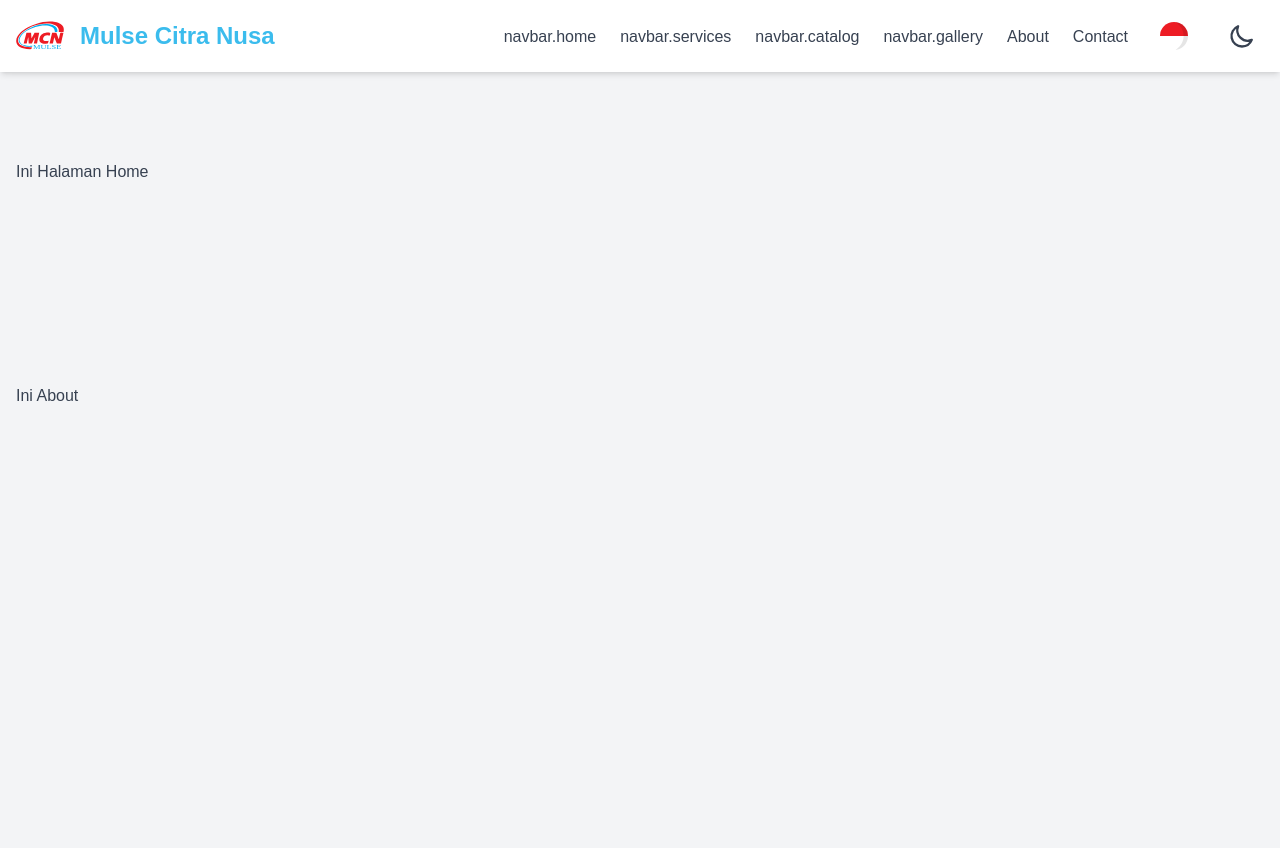
Repository: PrasBaldin/next-mulse
Page: /
These files come from the project's save history. The page is drawn as it stood at one moment and after the next save; the edit follows.
The browser window is 1280 px wide. The pictures show the whole page.
The project was rebuilt for these pictures with package versions that can differ from the ones it lists, and the page was loaded fresh each time. The framework's server and built-in components were replaced by stand-ins that run in the browser. Also part of the build but not shown: next.config.ts.

Above is the page before, as saved 2025-02-19 19:32:31.

### app/layout.tsx
import type { Metadata } from "next";
import { Geist, Geist_Mono } from "next/font/google";
import "./globals.css";

const geistSans = Geist({
  variable: "--font-geist-sans",
  subsets: ["latin"],
});

const geistMono = Geist_Mono({
  variable: "--font-geist-mono",
  subsets: ["latin"],
});

export const metadata: Metadata = {
  title: "Mulse",
  description: "Selamat datang di PT. Mulse Citra Nusa, kami menyediakan barang dan jasa sesuai kebutuhan Anda.",
};

export default function RootLayout({
  children,
}: Readonly<{
  children: React.ReactNode;
}>) {
  return (
    <html lang="en">
      <body
        className={`${geistSans.variable} ${geistMono.variable} antialiased`}
      >
        {children}
      </body>
    </html>
  );
}

### app/page.tsx
import Navbar from "./components/navbar";
import About from "./pages/about/page";


export default function Home() {
  return (
    <>
      <Navbar />
      <section className="bg-gray-100 dark:bg-gray-700 text-gray-700 dark:text-gray-100 transition duration-500 ease-in-out py-5">
        <div className="container">
          <div className="py-5">
            <div className="py-10">
              <div className="py-10">
                <div className="py-10">
                  <h1>Ini Halaman Home</h1>
                </div>
              </div>
            </div>
          </div>
        </div>
      </section>
      <About />
    </>
  );
}

### app/globals.css
@tailwind base;
@tailwind components;
@tailwind utilities;

:root {
  --background: #ffffff;
  --foreground: #171717;
}

@media (prefers-color-scheme: dark) {
  :root {
    --background: #0a0a0a;
    --foreground: #ededed;
  }
}

body {
  font-family: Arial, Helvetica, sans-serif;
}

.container {
  @apply mx-auto px-4
}

.btn {
  @apply p-2 rounded-lg hover:bg-gray-100 dark:hover:bg-gray-700 transition duration-500 ease-in-out
}

### app/components/navbar.tsx
"use client";

import { useState, useEffect } from "react";
import { useTranslation } from "react-i18next";
import Link from "next/link";
import Image from 'next/image';

import MulseSVG from "../assets/img/mulse.svg";
import "./navbar.css";

import IconDarkMode from "../assets/icon/iconDarkmode";
import IconLightMode from "../assets/icon/iconLightmode";
import IconEN from "../assets/icon/iconEN";
import IconID from "../assets/icon/iconID";

const Navbar = () => {
    const [isOpen, setIsOpen] = useState(false);
    const [isDropdownOpen, setIsDropdownOpen] = useState(false);
    const { t, i18n } = useTranslation();
    const isEnglish = i18n.language === "en";
    const [isDarkMode, setIsDarkMode] = useState(() => {
        // Cek localStorage untuk tema
        if (typeof window !== 'undefined') {
            return localStorage.getItem('theme') === 'dark';
        }
        return false;
    });

    const toggleLanguage = () => {
        i18n.changeLanguage(isEnglish ? "id" : "en");
    };

    useEffect(() => {
        if (isDarkMode) {
            document.documentElement.classList.add('dark');
            localStorage.setItem('theme', 'dark');
        } else {
            document.documentElement.classList.remove('dark');
            localStorage.setItem('theme', 'light');
        }
    }, [isDarkMode]);

    return (
        <>
            <nav className="navbar">
                <div className="container">
                    <div className="flex justify-between items-center py-3">
                        <Link href="/" className="text-2xl font-bold text-[#3bbced] dark:text-gray-100 flex items-center">
                            <Image src={MulseSVG} alt="img" className="w-12 mr-4" />Mulse Citra Nusa
                        </Link>

                        <div className="hidden lg:flex space-x-6 items-center">
                            <Link href="/" className="nav-link">
                                {t("navbar.home")}
                            </Link>

                            <div className="relative group" onMouseEnter={() => setIsDropdownOpen(true)} onMouseLeave={() => setIsDropdownOpen(false)} >
                                <button className="nav-link flex items-center">
                                    {t("navbar.services")}
                                </button>
                                <div className={`bg-white dark:bg-gray-800 absolute top-8 -left-2 w-56 pt-2 p-3 border-2 border-blue-500 shadow-xl rounded-lg overflow-visible transition-all duration-300 ${isDropdownOpen ? "opacity-100 visible scale-100" : "opacity-0 invisible scale-95"}`} >
                                    <Link href="/pengadaan-barang" className="nav-link-dropdown" >
                                        {t("navbar.service.procurement")}
                                    </Link>
                                    <Link href="/jasa-konstruksi" className="nav-link-dropdown" >
                                        {t("navbar.service.construction")}
                                    </Link>
                                </div>
                            </div>
                            <Link href="https://katalog.mulse.id" target="blank" className="nav-link">
                                {t("navbar.catalog")}
                            </Link>
                            <Link href="/gallery" className="nav-link">
                                {t("navbar.gallery")}
                            </Link>
                            <Link href="/about" className="nav-link">
                                About
                            </Link>
                            <Link href="/contact" className="nav-link">
                                Contact
                            </Link>
                            <button onClick={() => setIsEnglish(!isEnglish)} className="btn w-11 h-11 relative overflow-hidden">
                                <div className={`toggle-change-lang ${isEnglish ? 'opacity-100 scale-1' : 'opacity-0 scale-0'}`} >
                                    <IconEN />
                                </div>
                                <div className={`toggle-change-lang ${isEnglish ? 'opacity-0 scale-0' : 'opacity-100 scale-1'}`} >
                                    <IconID />
                                </div>
                            </button>
                            <button onClick={() => setIsDarkMode(!isDarkMode)} className="btn w-11 h-11 relative overflow-hidden">
                                <div className={`toggle-dark-mode ${isDarkMode ? 'opacity-100 rotate-0' : 'opacity-0 rotate-90'}`} >
                                    <IconLightMode />
                                </div>
                                <div className={`toggle-dark-mode ${isDarkMode ? 'opacity-0 -rotate-90' : 'opacity-100 rotate-0'}`} >
                                    <IconDarkMode />
                                </div>
                            </button>
                        </div>

                        <button className="lg:hidden relative w-8 h-8" onClick={() => setIsOpen(!isOpen)}>
                            <div className={`hamburger ${isOpen ? "rotate-45 top-1/2 transform -translate-y-1/2" : "top-2"}`} ></div>
                            <div className={`hamburger ${isOpen ? "opacity-0" : "top-1/2 transform -translate-y-1/2"}`} ></div>
                            <div className={`hamburger ${isOpen ? "-rotate-45 bottom-1/2 transform translate-y-1/2" : "bottom-2"}`} ></div>
                        </button>
                    </div>
                </div>
            </nav >

            {/* Overlay Sidebar */}
            <div className={`lg:hidden fixed top-16 left-0 w-full h-full bg-black/50 backdrop-blur-sm transition-opacity duration-300 ${isOpen ? "opacity-100 visible" : "opacity-0 invisible"}`
            } onClick={() => setIsOpen(false)}></div>

            {/* Sidebar Menu */}
            < div className={`bg-white dark:bg-gray-800 lg:hidden fixed top-16 right-0 w-64 h-full shadow-lg transform transition-transform duration-300 ${isOpen ? "translate-x-0" : "translate-x-full"}`}  >
                <div className="p-6 flex flex-col space-y-4">
                    <Link href="/" className="nav-link-mobile" onClick={() => setIsOpen(false)}>
                        Home
                    </Link>

                    <div>
                        <button className="nav-link-mobile flex items-center w-full" onClick={() => setIsDropdownOpen(!isDropdownOpen)} >
                            Services
                            <span className={`dropdown-arrow ${isDropdownOpen ? "rotate-45 absolute right-9 mb-2" : "-rotate-45 absolute right-9"}`} ></span>
                        </button>
                        <div className={`bg-white dark:bg-gray-800 ml-4 space-y-2 rounded-lg overflow-hidden transition-all duration-300 ease-in-out ${isDropdownOpen ? "max-h-[500px] opacity-100 p-2 mt-2" : "max-h-0 opacity-0 p-0 mt-0"}`} >
                            <Link href="/pengadaan-barang" className="nav-link-mobile block" onClick={() => setIsOpen(false)} >
                                Pengadaan Barang
                            </Link>
                            <Link href="/jasa-konstruksi" className="nav-link-mobile block" onClick={() => setIsOpen(false)} >
                                Jasa Konstruksi
                            </Link>
                        </div>
                    </div>
                    <Link href="https://katalog.mulse.id" className="nav-link-mobile" onClick={() => setIsOpen(false)}>
                        Catalog
                    </Link>
                    <Link href="/gallery" className="nav-link-mobile" onClick={() => setIsOpen(false)}>
                        Gallery
                    </Link>
                    <Link href="/about" className="nav-link-mobile" onClick={() => setIsOpen(false)}>
                        About
                    </Link>
                    <Link href="/contact" className="nav-link-mobile" onClick={() => setIsOpen(false)}>
                        Contact
                    </Link>
                    <button onClick={() => setIsEnglish(!isEnglish)} className="btn flex items-center gap-2" >
                        <span className="font-medium text-gray-700 dark:text-gray-300">
                            {isEnglish ? <IconEN /> : <IconID />}
                        </span>
                        <span className="text-gray-700 dark:text-gray-300">
                            {isEnglish ? 'Change language' : 'Ubah bahasa'}
                        </span>
                    </button>
                    <button onClick={() => setIsDarkMode(!isDarkMode)} className="btn flex items-center">
                        {isDarkMode ? (
                            <>
                                <div className={`toggle-dark-mode-mobile gap-2 ${isDarkMode ? 'opacity-100 rotate-0' : 'opacity-0 rotate-90'}`} >
                                    <IconLightMode />
                                    <span className="text-gray-700 dark:text-gray-300">Light Mode</span>
                                </div>
                            </>
                        ) : (
                            <>
                                <div className={`toggle-dark-mode-mobile gap-2 ${isDarkMode ? 'opacity-0 -rotate-90' : 'opacity-100 rotate-0'}`} >
                                    <IconDarkMode />
                                    <span className="text-gray-700 dark:text-gray-300">Dark Mode</span>
                                </div>
                            </>
                        )}
                    </button>
                </div>
            </div >
        </>
    );
};

export default Navbar;

### app/pages/about/page.tsx
import React from 'react'

const About = () => {
    return (
        <section className="bg-gray-100 dark:bg-gray-700 transition duration-500 ease-in-out">
            <div className="container">
                <div className="py-10">
                    <div className="text-gray-700 dark:text-gray-100 transition duration-500 ease-in-out">Ini About</div>
                </div>
                <div className="py-10"></div>
                <div className="py-10"></div>
                <div className="py-10"></div>
                <div className="py-10"></div>
                <div className="py-10"></div>
            </div>
        </section>
    )
}

export default About

### app/components/navbar.css
.navbar {
    @apply bg-white dark:bg-gray-800 transition duration-500 ease-in-out shadow-md fixed w-full z-50
}

.nav-link {
    @apply text-gray-700 hover:text-blue-500 dark:hover:text-blue-500 dark:text-gray-100 pt-2 pb-1 transition duration-500 ease-in-out border-b-2 border-transparent hover:border-blue-500 flex items-center
}

.nav-link-dropdown {
    @apply text-gray-700 hover:text-blue-500 dark:hover:text-blue-500 dark:text-gray-100 pt-2 pb-1 transition duration-500 ease-in-out hover:bg-gray-100 dark:hover:bg-gray-700 rounded border-b border-gray-200 hover:border-blue-500 block mt-2 px-2
}

.nav-link-mobile {
    @apply hover:bg-gray-100 dark:hover:bg-gray-700 text-gray-700 hover:text-blue-500 dark:hover:text-blue-500 dark:text-gray-100 py-2 pl-2 border-b border-gray-200 hover:border-blue-500 rounded transition
}

.hamburger {
    @apply absolute w-6 h-[3px] bg-gray-800 dark:bg-gray-100 rounded transition duration-500 ease-in-out
}

.dropdown-arrow {
    @apply border-b-2 border-r-2 border-gray-700 dark:border-gray-100 ml-2 w-3 h-3 transition duration-500 ease-in-out
}

.toggle-change-lang {
    @apply absolute top-0 bottom-0 left-0 right-0 flex items-center justify-center transition-all duration-500 transform
}

.toggle-dark-mode {
    @apply absolute top-0 bottom-0 left-0 right-0 flex items-center justify-center transition-all duration-500 transform
}

.toggle-dark-mode-mobile {
    @apply flex items-center justify-center transition-all duration-500 transform
}

.nav-link-mobile:hover .dropdown-arrow {
    @apply border-blue-500
}

### app/assets/icon/iconDarkmode.tsx
import React from 'react'

const IconDarkmode = () => {
    return (
        <svg xmlns="http://www.w3.org/2000/svg" className="h-7 w-7 text-gray-700 dark:text-gray-100" fill="none" viewBox="0 0 24 24" stroke="currentColor">
            <path strokeLinecap="round" strokeLinejoin="round" strokeWidth={2} d="M20.354 15.354A9 9 0 018.646 3.646 9.003 9.003 0 0012 21a9.003 9.003 0 008.354-5.646z" />
        </svg>
    )
}

export default IconDarkmode

### app/assets/icon/iconLightmode.tsx
import React from 'react'

const IconLightMode = () => {
    return (
        <svg xmlns="http://www.w3.org/2000/svg" className="h-7 w-7 text-gray-100" fill="none" viewBox="0 0 24 24" stroke="currentColor">
            <path strokeLinecap="round" strokeLinejoin="round" strokeWidth="2" d="M12 3v1m0 16v1m9-9h-1M4 12H3m15.364 6.364l-.707-.707M6.343 6.343l-.707-.707m12.728 0l-.707.707M6.343 17.657l-.707.707" />
            <circle cx="12" cy="12" r="3" stroke="currentColor" strokeWidth="2" fill="none" />
        </svg>
    )
}

export default IconLightMode

### app/assets/icon/iconEN.tsx
import React from 'react';

const iconEN = () => {
	return (
		<svg className="w-7 h-7 rounded-full" version="1.1" id="Layer_1" xmlns="http://www.w3.org/2000/svg" xmlnsXlink="http://www.w3.org/1999/xlink" x="0px" y="0px"
			width="150px" height="150px" viewBox="0 0 150 150" enableBackground="new 0 0 150 150" xmlSpace="preserve">
			<g>
				<rect x="-1" y="-0.881" fill="#FFFFFF" width="151.999" height="152" />
				<rect x="-1" y="139.226" fill="#B22436" width="151.999" height="11.655" />
				<rect x="-1" y="115.914" fill="#B22436" width="151.999" height="11.655" />
				<rect x="-1" y="92.603" fill="#B22436" width="151.999" height="11.655" />
				<rect x="75" y="69.291" fill="#B22436" width="75.999" height="11.655" />
				<rect x="75" y="45.979" fill="#B22436" width="75.999" height="11.655" />
				<rect x="75" y="22.668" fill="#B22436" width="75.999" height="11.655" />
				<rect x="75" y="-1.119" fill="#B22436" width="75.999" height="12.131" />
				<path fill="#3D3B6F" d="M-1-0.882v13.779l0.42-1.21l1.11,3.19l3.37,0.07l-2.69,2.04l0.98,3.229l-2.77-1.93L-1,18.578v10.54
		l0.42-1.21l1.11,3.189l3.37,0.07l-2.69,2.04l0.98,3.229l-2.77-1.93L-1,34.798v10.54l0.42-1.21l1.11,3.19l3.37,0.069l-2.69,2.04
		l0.98,3.23l-2.77-1.931L-1,51.018v10.84l0.42-1.199l1.11,3.18l3.37,0.07l-2.69,2.04l0.98,3.229l-2.77-1.93L-1,67.538v13.649h77.44
		V-0.882H-1z M12.07,77.488L9.3,75.558l-2.77,1.931l0.98-3.23l-2.69-2.04l3.37-0.07l1.11-3.18l1.11,3.18l3.37,0.07l-2.69,2.04
		L12.07,77.488z M11.09,57.838l0.98,3.23L9.3,59.147l-2.77,1.921l0.98-3.23l-2.69-2.04l3.37-0.06l1.11-3.19l1.11,3.19l3.37,0.06
		L11.09,57.838z M11.09,41.428l0.98,3.23L9.3,42.728l-2.77,1.931l0.98-3.23l-2.69-2.04l3.37-0.069l1.11-3.19l1.11,3.19l3.37,0.069
		L11.09,41.428z M11.09,25.008l0.98,3.23L9.3,26.308l-2.77,1.931l0.98-3.23l-2.69-2.04l3.37-0.07l1.11-3.18l1.11,3.18l3.37,0.07
		L11.09,25.008z M11.09,8.588l0.98,3.24L9.3,9.897l-2.77,1.931l0.98-3.24l-2.69-2.03l3.37-0.069l1.11-3.19l1.11,3.19l3.37,0.069
		L11.09,8.588z M21.34,69.178l-2.77-1.93l-2.77,1.93l0.98-3.229l-2.69-2.04l3.37-0.07l1.11-3.18l1.11,3.18l3.37,0.07l-2.69,2.04
		L21.34,69.178z M20.36,49.428l0.98,3.23l-2.77-1.931l-2.77,1.931l0.98-3.23l-2.69-2.04l3.37-0.069l1.11-3.19l1.11,3.19l3.37,0.069
		L20.36,49.428z M20.36,33.208l0.98,3.229l-2.77-1.93l-2.77,1.93l0.98-3.229l-2.69-2.04l3.37-0.07l1.11-3.189l1.11,3.189l3.37,0.07
		L20.36,33.208z M20.36,16.988l0.98,3.229l-2.77-1.93l-2.77,1.93l0.98-3.229l-2.69-2.04l3.37-0.07l1.11-3.19l1.11,3.19l3.37,0.07
		L20.36,16.988z M31.22,77.488l-2.77-1.931l-2.77,1.931l0.98-3.23l-2.69-2.04l3.37-0.07l1.11-3.18l1.11,3.18l3.37,0.07l-2.69,2.04
		L31.22,77.488z M30.24,57.838l0.98,3.23l-2.77-1.921l-2.77,1.921l0.98-3.23l-2.69-2.04l3.37-0.06l1.11-3.19l1.11,3.19l3.37,0.06
		L30.24,57.838z M30.24,41.428l0.98,3.23l-2.77-1.931l-2.77,1.931l0.98-3.23l-2.69-2.04l3.37-0.069l1.11-3.19l1.11,3.19l3.37,0.069
		L30.24,41.428z M30.24,25.008l0.98,3.23l-2.77-1.931l-2.77,1.931l0.98-3.23l-2.69-2.04l3.37-0.07l1.11-3.18l1.11,3.18l3.37,0.07
		L30.24,25.008z M30.24,8.588l0.98,3.24l-2.77-1.931l-2.77,1.931l0.98-3.24l-2.69-2.03l3.37-0.069l1.11-3.19l1.11,3.19l3.37,0.069
		L30.24,8.588z M40.49,69.178l-2.77-1.93l-2.77,1.93l0.98-3.229l-2.69-2.04l3.37-0.07l1.11-3.18l1.11,3.18l3.37,0.07l-2.69,2.04
		L40.49,69.178z M39.51,49.428l0.98,3.23l-2.77-1.931l-2.77,1.931l0.98-3.23l-2.69-2.04l3.37-0.069l1.11-3.19l1.11,3.19l3.37,0.069
		L39.51,49.428z M39.51,33.208l0.98,3.229l-2.77-1.93l-2.77,1.93l0.98-3.229l-2.69-2.04l3.37-0.07l1.11-3.189l1.11,3.189l3.37,0.07
		L39.51,33.208z M39.51,16.988l0.98,3.229l-2.77-1.93l-2.77,1.93l0.98-3.229l-2.69-2.04l3.37-0.07l1.11-3.19l1.11,3.19l3.37,0.07
		L39.51,16.988z M50.37,77.488l-2.77-1.931l-2.77,1.931l0.98-3.23l-2.69-2.04l3.37-0.07l1.11-3.18l1.11,3.18l3.37,0.07l-2.68,2.04
		L50.37,77.488z M49.4,57.838l0.97,3.23l-2.77-1.921l-2.77,1.921l0.98-3.23l-2.69-2.04l3.37-0.06l1.11-3.19l1.11,3.19l3.37,0.06
		L49.4,57.838z M49.4,41.428l0.97,3.23l-2.77-1.931l-2.77,1.931l0.98-3.23l-2.69-2.04l3.37-0.069l1.11-3.19l1.11,3.19l3.37,0.069
		L49.4,41.428z M49.4,25.008l0.97,3.23l-2.77-1.931l-2.77,1.931l0.98-3.23l-2.69-2.04l3.37-0.07l1.11-3.18l1.11,3.18l3.37,0.07
		L49.4,25.008z M49.4,8.588l0.97,3.24L47.6,9.897l-2.77,1.931l0.98-3.24l-2.69-2.03l3.37-0.069l1.11-3.19l1.11,3.19l3.37,0.069
		L49.4,8.588z M59.64,69.178l-2.77-1.93l-2.76,1.93l0.97-3.229l-2.69-2.04l3.38-0.07l1.1-3.18l1.11,3.18l3.38,0.07l-2.69,2.04
		L59.64,69.178z M58.67,49.428l0.97,3.23l-2.77-1.931l-2.76,1.931l0.97-3.23l-2.69-2.04l3.38-0.069l1.1-3.19l1.11,3.19l3.38,0.069
		L58.67,49.428z M58.67,33.208l0.97,3.229l-2.77-1.93l-2.76,1.93l0.97-3.229l-2.69-2.04l3.38-0.07l1.1-3.189l1.11,3.189l3.38,0.07
		L58.67,33.208z M58.67,16.988l0.97,3.229l-2.77-1.93l-2.76,1.93l0.97-3.229l-2.69-2.04l3.38-0.07l1.1-3.19l1.11,3.19l3.38,0.07
		L58.67,16.988z M69.52,77.488l-2.77-1.931l-2.76,1.931l0.97-3.23l-2.69-2.04l3.38-0.07l1.1-3.18l1.11,3.18l3.38,0.07l-2.69,2.04
		L69.52,77.488z M68.55,57.838l0.97,3.23l-2.77-1.921l-2.76,1.921l0.97-3.23l-2.69-2.04l3.38-0.06l1.1-3.19l1.11,3.19l3.38,0.06
		L68.55,57.838z M68.55,41.428l0.97,3.23l-2.77-1.931l-2.76,1.931l0.97-3.23l-2.69-2.04l3.38-0.069l1.1-3.19l1.11,3.19l3.38,0.069
		L68.55,41.428z M68.55,25.008l0.97,3.23l-2.77-1.931l-2.76,1.931l0.97-3.23l-2.69-2.04l3.38-0.07l1.1-3.18l1.11,3.18l3.38,0.07
		L68.55,25.008z M68.55,8.588l0.97,3.24l-2.77-1.931l-2.76,1.931l0.97-3.24l-2.69-2.03l3.38-0.069l1.1-3.19l1.11,3.19l3.38,0.069
		L68.55,8.588z"/>
			</g>
			<path opacity="0.1" d="M150.999,160h-85c0,0,60.501-26.039,60.501-85c0-58.793-60.501-84.999-60.501-84.999h85V160z" />
		</svg>
	)
}

export default iconEN

### app/assets/icon/iconID.tsx
import React from 'react'

const iconID = () => {
    return (
        <svg className="w-7 h-7 rounded-full" version="1.1" id="Layer_1" xmlns="http://www.w3.org/2000/svg" xmlnsXlink="http://www.w3.org/1999/xlink" x="0px" y="0px"
            width="150px" height="150px" viewBox="0 0 150 150" enableBackground="new 0 0 150 150" xmlSpace="preserve">
            <rect x="-1" y="-0.999" fill="#ED1C24" width="152" height="75.999" />
            <rect x="-1" y="75" fill="#FFFFFF" width="152" height="76" />
            <path opacity="0.1" d="M151,160H66c0,0,60.501-26.039,60.501-85C126.501,16.207,66-9.999,66-9.999h85V160z" />
        </svg>
    )
}

export default iconID

### tailwind.config.ts
import type { Config } from "tailwindcss";

export default {
  darkMode: 'class',
  content: [
    "./pages/**/*.{js,ts,jsx,tsx,mdx}",
    "./components/**/*.{js,ts,jsx,tsx,mdx}",
    "./app/**/*.{js,ts,jsx,tsx,mdx}",
  ],
  theme: {
    extend: {
      width: {
        '11': '2.75rem',
      },
      height: {
        '11': '2.75rem',
      },
      colors: {
        background: "var(--background)",
        foreground: "var(--foreground)",
      },
    },
  },
  plugins: [],
} satisfies Config;

After the next save:
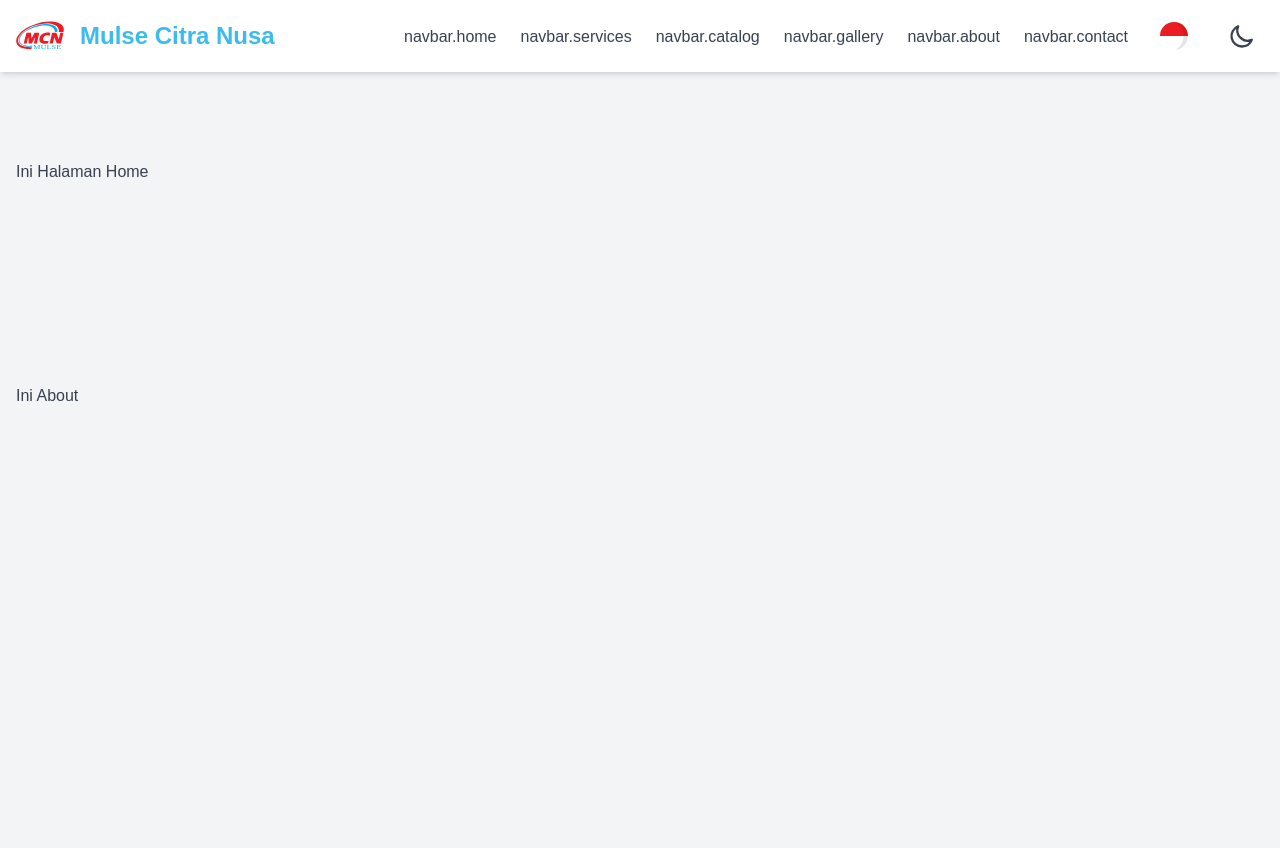
Saved 10 s later.
--- a/app/components/navbar.tsx
+++ b/app/components/navbar.tsx
@@ -74,10 +74,10 @@ const Navbar = () => {
                                 {t("navbar.gallery")}
                             </Link>
                             <Link href="/about" className="nav-link">
-                                About
+                                {t("navbar.about")}
                             </Link>
                             <Link href="/contact" className="nav-link">
-                                Contact
+                                {t("navbar.contact")}
                             </Link>
                             <button onClick={() => setIsEnglish(!isEnglish)} className="btn w-11 h-11 relative overflow-hidden">
                                 <div className={`toggle-change-lang ${isEnglish ? 'opacity-100 scale-1' : 'opacity-0 scale-0'}`} >
